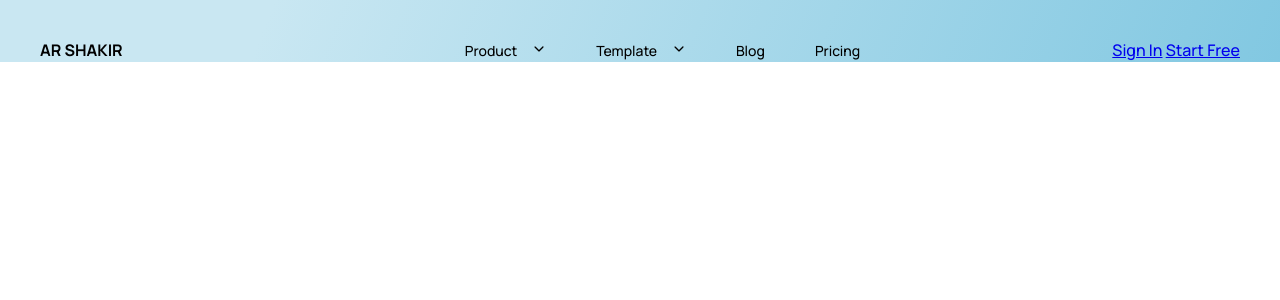
Repository: duongdori/ARShakir
Page: index.html
The author's editor kept a copy of each file at every save. The page is drawn from the files as they stood at one save, then again after the next save.
The browser window is 1280 px wide. The pictures show the whole page.

Above is the page before, as saved 2022-04-01 22:27:24.

After the next save:
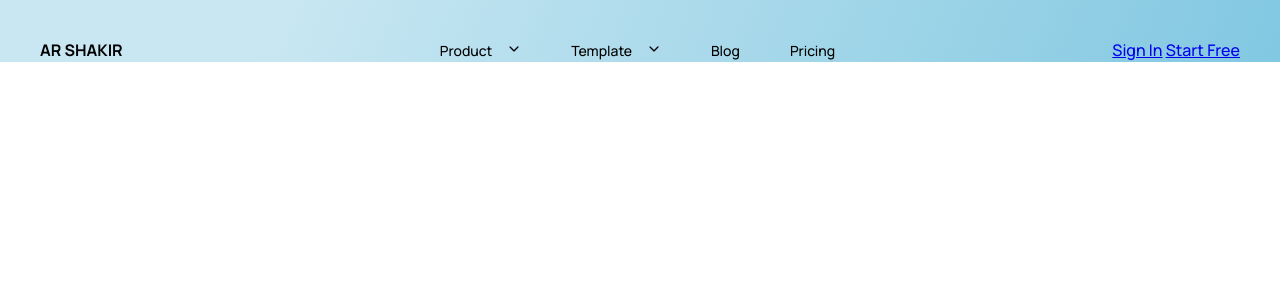
Saved 102 s later.
--- a/assets/css/main.css
+++ b/assets/css/main.css
@@ -75,6 +75,7 @@ body {
     font-weight: 500;
     font-size: 14px;
     line-height: calc(19 / 14);
+    margin-left: -50px;
 }
 
 .header-menu-item{
